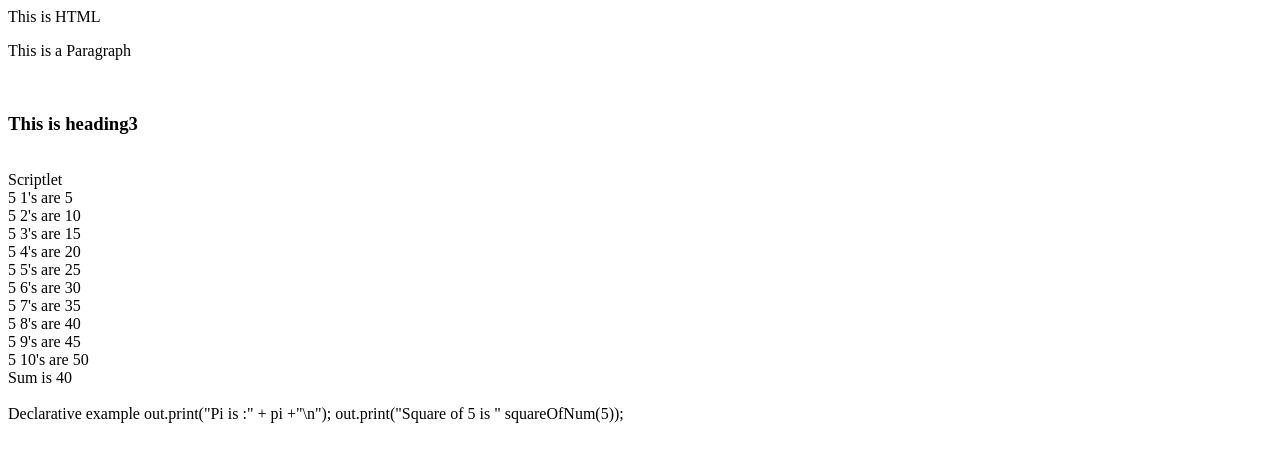
Repository: Lokeswari19/JavaExamples
Page: http://localhost/Session12/myjsp1.jsp
These files come from the project's save history. The page is drawn as it stood at one moment and after the next save; the edit follows.
The browser window is 1280 px wide. The pictures show the whole page.
The page is served by Tomcat 9.

Above is the page before, as saved 2018-02-21 20:30:16.

After the next save:
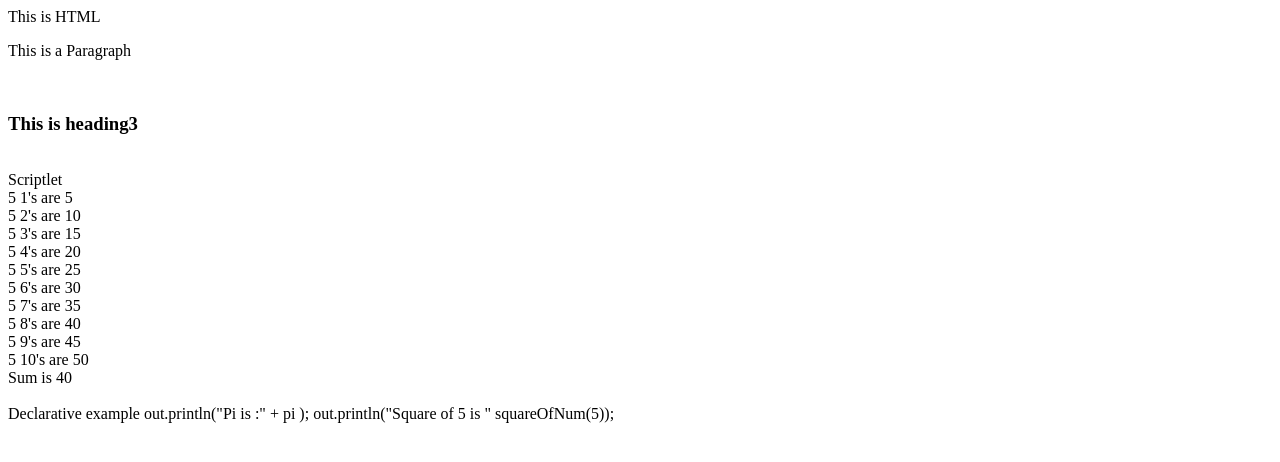
Saved 23 s later.
--- a/Session12/WebContent/myjsp1.jsp
+++ b/Session12/WebContent/myjsp1.jsp
@@ -45,8 +45,8 @@ This is HTML
 
 		Declarative example
 
-		out.print("Pi is :" + pi +"\n");
-		out.print("Square of 5 is " squareOfNum(5));
+		out.println("Pi is :" + pi );
+		out.println("Square of 5 is " squareOfNum(5));
 
 </body>
 </html>
